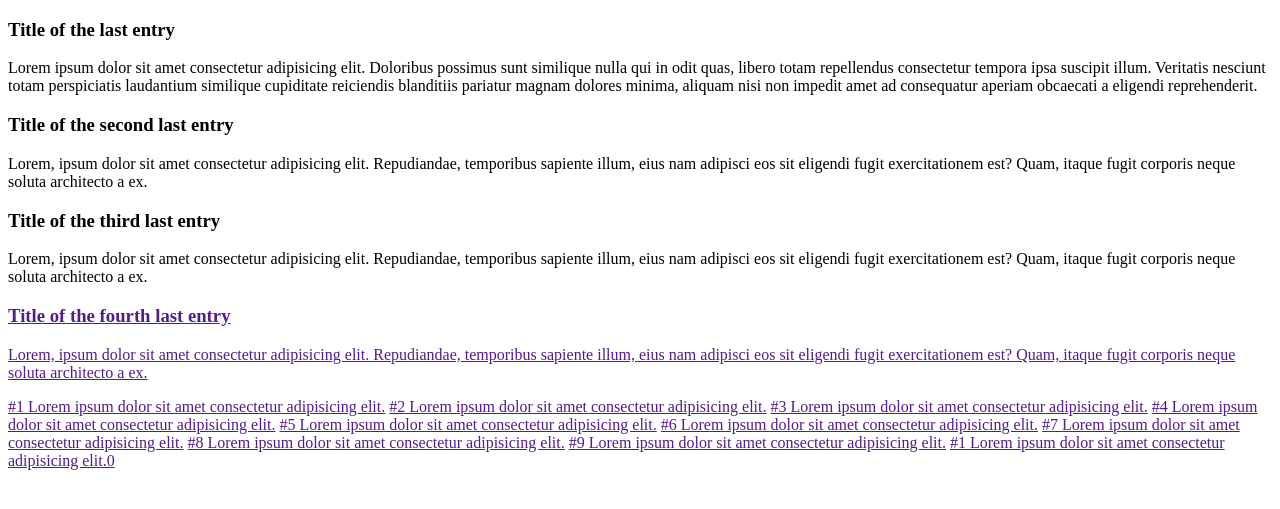
Repository: KikiMcArron/Don_Kiki_McArron
Page: index.html
The author's editor kept a copy of each file at every save. The page is drawn from the files as they stood at one save, then again after the next save.
The browser window is 1280 px wide. The pictures show the whole page.

Above is the page before, as saved 2022-04-10 19:24:06.

After the next save:
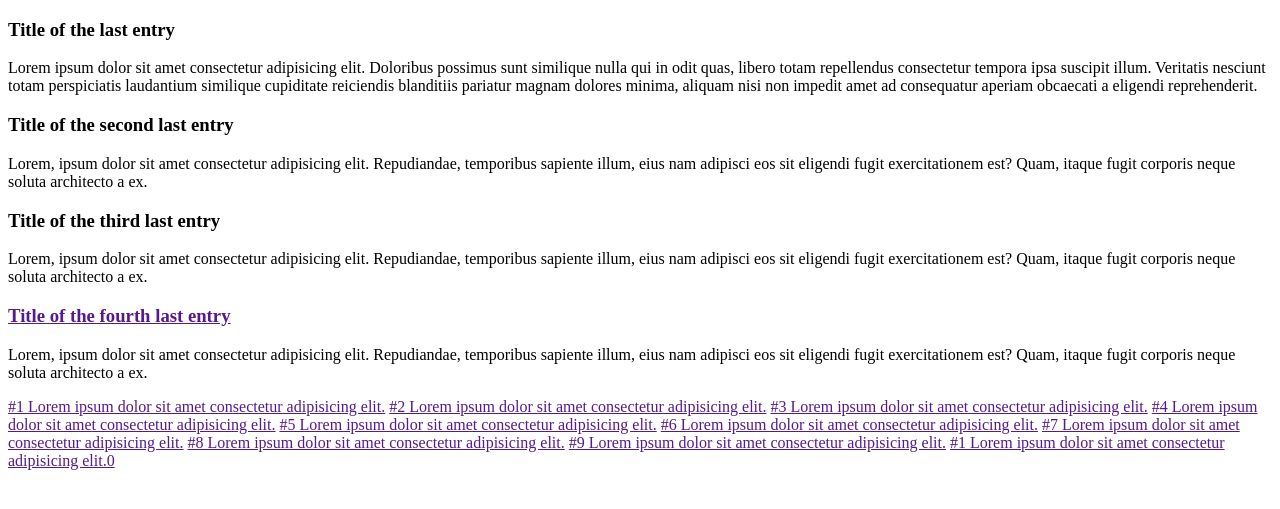
Saved 5 s later.
--- a/index.html
+++ b/index.html
@@ -36,7 +36,7 @@
                         soluta architecto a ex.</p>
                     </article>
                     <article>
-                        <a href=""><h3>Title of the fourth last entry</h3>
+                        <a href=""><h3>Title of the fourth last entry</h3></a>
                             <p>Lorem, ipsum dolor sit amet consectetur adipisicing elit. Repudiandae, temporibus sapiente illum,
                                 eius nam adipisci eos sit eligendi fugit exercitationem est? Quam, itaque fugit corporis neque
                                 soluta architecto a ex.</p>
